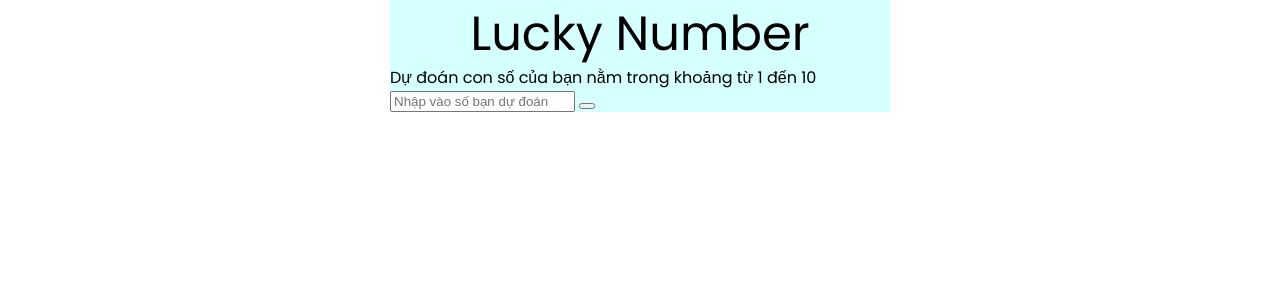
Repository: whis16720/PhuNguyen-C4EJS-D15
Page: index.html
The author's editor kept a copy of each file at every save. The page is drawn from the files as they stood at one save, then again after the next save.
The browser window is 1280 px wide. The pictures show the whole page.
The style sheet was rebuilt from its Sass, Less or Tailwind sources for each picture, by a compiler version that may differ from the author's.

Above is the page before, as saved 2020-09-22 19:33:45.

### index.html
<!DOCTYPE html>
<html lang="en">
<head>
	<meta charset="UTF-8">
	<meta name="viewport" content="width=device-width, initial-scale=1.0">
	<title>Document</title>
	<link rel="stylesheet" href="style.css">
	<link rel="stylesheet" href="reset.css">
	<link href="https://fonts.googleapis.com/css2?family=Poppins:wght@200;300;400;600;700&display=swap" rel="stylesheet">
	<script src="index.js"></script>
</head>
<body>
	<div class="game">
		<h1 class="game__name">Lucky Number</h1>
		<p class="game__details">Dự đoán con số của bạn nằm trong khoảng từ 1 đến 10</p>
		<form class="game__input">
			<input type="text" placeholder="Nhập vào số bạn dự đoán" class="game__number">
			<button class="game__btn"></button>
		</form>

	</div>
</body>
</html>

### style.scss
html {
	font-size: 62.5%; // 1rem = 10px
}
.game {
	font-family: "Poppins", sans-serif;
	line-height: 1.4;
	width: 500px;
	margin: auto;
	background-color: #d6ffff;
	&__name {
		text-align: center;
		font-size: 3rem;
	}
}

Loaded but not shown: reset.css (common file); index.js (no copy from this time; the picture is the same without it)

After the next save:
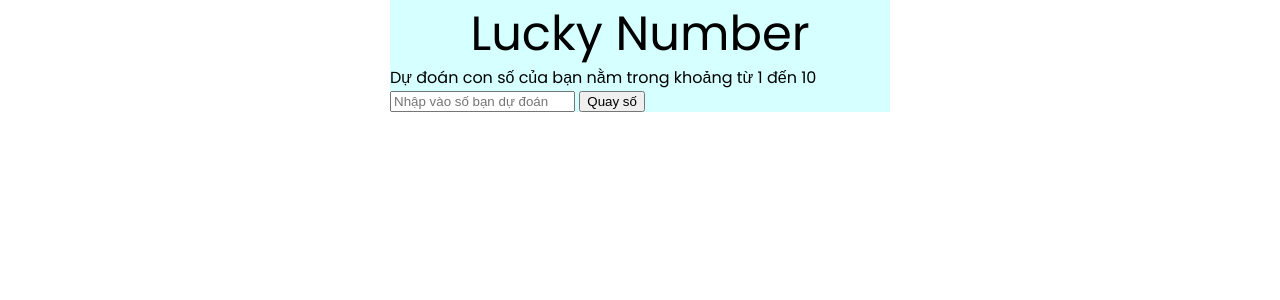
Saved 5 s later.
--- a/index.html
+++ b/index.html
@@ -15,7 +15,7 @@
 		<p class="game__details">Dự đoán con số của bạn nằm trong khoảng từ 1 đến 10</p>
 		<form class="game__input">
 			<input type="text" placeholder="Nhập vào số bạn dự đoán" class="game__number">
-			<button class="game__btn"></button>
+			<button class="game__btn">Quay số</button>
 		</form>
 
 	</div>
